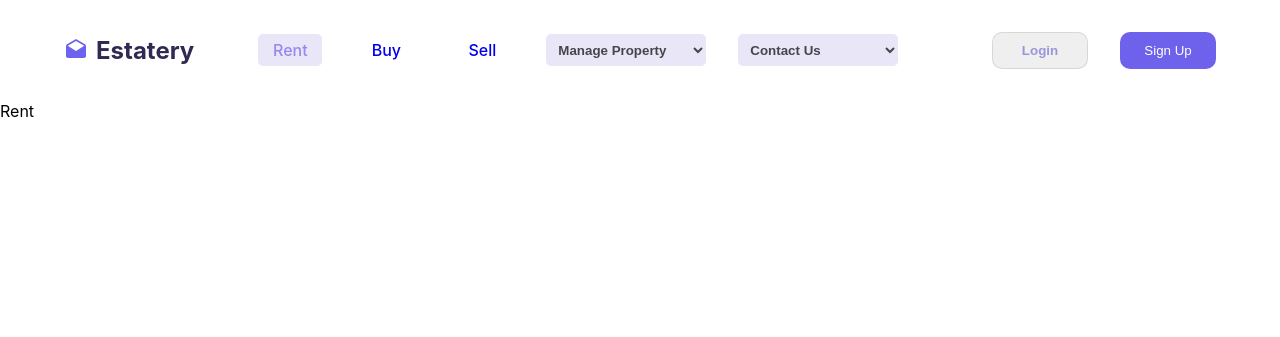
Repository: kapil4457/Reunion-Internship-Assignment
Page: /
An editor plug-in stored every save of this project. The page is shown before and after the next save, followed by the edit.
The browser window is 1280 px wide. The pictures show the whole page.
The project was rebuilt for these pictures with package versions that can differ from the ones it lists, and the page was loaded fresh each time. Also part of the build but not shown: src/App.css.

Above is the page before, as saved 2022-10-05 12:15:11.

### src/App.js
import { Route, Routes } from 'react-router-dom';
import './App.css';
import Header from './components/Header/Header';
import Home from  './components/Home/Home'
import Rent from './components/Rent/Rent';

function App() {
  return (
    <>
    <Header />
    <Routes>
      <Route path='/' element={<Home/>}/>
      <Route path='/rent' element={<Rent/>}/>
    </Routes>
    </>
  );
}

export default App;

### src/components/Header/Header.jsx
import React from "react";
import DraftsIcon from "@mui/icons-material/Drafts";
import { NavLink } from "react-router-dom";
import "./Header.css";
const Header = () => {
  return (
    <>
      <div className="header">
        <div className="left">
          <div className="logo">
            <DraftsIcon />
            <span>Estatery</span>
          </div>
          <div className="categories">
            <NavLink
              to="/rent"
              className={({ isActive }) => (isActive ? "activeClass" : "")}
            >
              Rent
            </NavLink>
            <NavLink
              strict
              to="/buy"
              className={({ isActive }) => (isActive ? "activeClass" : "")}
            >
              Buy
            </NavLink>
            <NavLink
              strict
              to="/sell"
              className={({ isActive }) => (isActive ? "activeClass" : "")}
            >
              Sell
            </NavLink>
            <select name="" id="manage">
              <option value="Manage Property" hidden>
                Manage Property
              </option>
              <option value="Owned">Owned</option>
              <option value="BookMarked">BookMarked</option>
            </select>
            <select name="" id="resources">
              <option value="contact">Contact Us</option>
              <option value="FAQ">FAQ</option>
            </select>
          </div>
        </div>
        <div className="right">
          <button className="login">Login</button>
          <button className="sign-up">Sign Up</button>
        </div>
      </div>
    </>
  );
};

export default Header;

### src/components/Home/Home.jsx
import React, { useEffect } from "react";
import { useNavigate } from "react-router-dom";

const Home = () => {
  const navigate = useNavigate();
  useEffect(() => {
    navigate("/rent");
  });
  return <></>;
};

export default Home;

### src/components/Rent/Rent.jsx
import React from "react";
import { home } from "../../home";

const Rent = () => {
  return <div>Rent</div>;
};

export default Rent;

### src/components/Header/Header.css

.header{
display:flex;
justify-content:space-between;
align-items:center;
padding:2rem 4rem;
}

.left{
    display:flex;
    align-items:center;
    gap:4rem;
}
.left > .logo{
    display:flex;
    align-items:center;
    gap:0.5rem;
    font-size:1.5rem;
    font-weight:650;
    color:rgb(48,41,83);
}

.left > .logo > svg{
    color:rgb(110,99,238);
}

.categories{
    display:flex;
    align-items:center;
    gap:2rem;
}

.categories > a{
    text-decoration:none;
    font-weight:550;
    height:2rem;
    display:flex;
    align-items:center;
    width:4rem;
    justify-content: center;
}

.activeClass{
    color:rgb(150, 136, 238);
    background-color: rgb(233,230,247);
    border-radius: 5px;
}

.categories > select{
    width:10rem;
    height:2rem;
    border:none;
    outline:none;
    color:rgba(0,0,0,0.7);
    font-weight:550;
    background-color:rgb(233,230,247);
    border-radius:5px;
    padding:0 0.5rem;
}

.right{
    display:flex;
    align-items:center;
    gap:2rem;

}

.right > button {
    width:6rem;
    height:2.3rem;
    border-radius:10px;
    outline:none;

}

.login{
border:1px solid rgba(0,0,0,0.1);
color:rgb(154, 148, 218);
font-weight:650;
}

.sign-up
{
    background-color:rgb(110,97,236);
    color:white;
    border:none;
}

### src/home.js
export const home = [

        {
            state:"Nagpur",
            price:2500,
            address:" Lorem ipsum dolor sit amet consectetur adipisicing elit. Quis",
            bedCount:2,
            bathCount:2,
            area:"8x10",
            image:"h1.jpg"

        },
        {
            state:"Lonavala",
            price:2600,
            address:" Lorem ipsum dolor sit amet consectetur adipisicing elit. Quis",
            bedCount:2,
            bathCount:2,
            area:"8x12",
            image:"h2.jpg"

        },     {
            state:"Bathinda",
            price:3000,
            address:" Lorem ipsum dolor sit amet consectetur adipisicing elit. Quis",
            bedCount:3,
            bathCount:2,
            area:"10x12",
            image:"h3.jpg"

        },     {
            state:"Chandigarh",
            price:2700,
            address:" Lorem ipsum dolor sit amet consectetur adipisicing elit. Quis",
            bedCount:2,
            bathCount:2,
            area:"10x10",
            image:"h4.jpg"

        },     {
            state:"Pune",
            price:3800,
            address:" Lorem ipsum dolor sit amet consectetur adipisicing elit. Quis",
            bedCount:3,
            bathCount:3,
            area:"8x10",
            image:"h5.jpg"

        },     {
            state:"Shimla",
            price:3400,
            address:" Lorem ipsum dolor sit amet consectetur adipisicing elit. Quis",
            bedCount:3,
            bathCount:2,
            area:"12x10",
            image:"h6.jpg"

        },     {
            state:"Kochi",
            price:2100,
            address:" Lorem ipsum dolor sit amet consectetur adipisicing elit. Quis",
            bedCount:2,
            bathCount:2,
            area:"9x10",
            image:"h7.jpg"

        },     {
            state:"Banaras",
            price:2500,
            address:" Lorem ipsum dolor sit amet consectetur adipisicing elit. Quis",
            bedCount:2,
            bathCount:2,
            area:"8x10",
            image:"h8.jpg"

        },     {
            state:"Banglore",
            price:4000,
            address:" Lorem ipsum dolor sit amet consectetur adipisicing elit. Quis",
            bedCount:3,
            bathCount:2,
            area:"10x14",
            image:"h9.jpg"

        },     {
            state:"Aurangabad",
            price:3000,
            address:" Lorem ipsum dolor sit amet consectetur adipisicing elit. Quis",
            bedCount:2,
            bathCount:2,
            area:"8x10",
            image:"h10.jpg"

        },

]

### src/components/RentCard/RentCard.jsx
import React from "react";

const RentCard = () => {
  return <div>RentCard</div>;
};

export default RentCard;

Loaded but not shown: public/index.html (common file); src/index.js (common file); src/index.css (common file); src/reportWebVitals.js (common file)

After the next save:
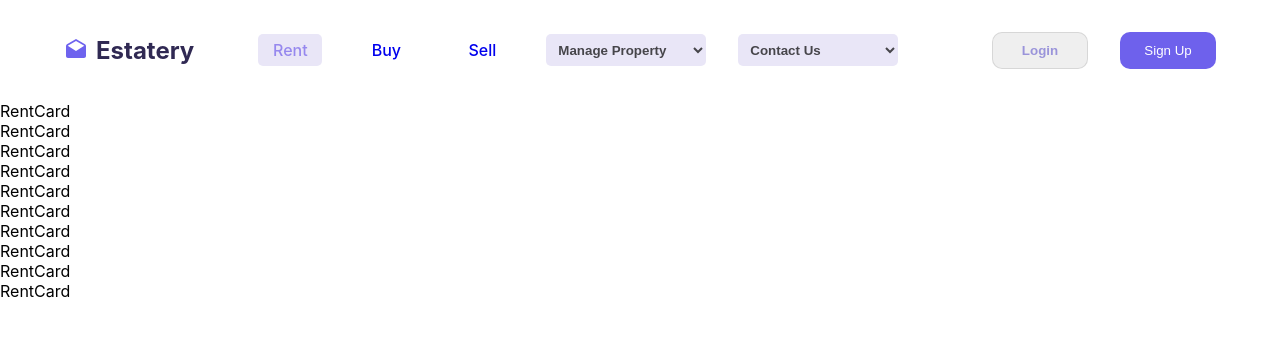
Saved 56 s later.
--- a/src/components/Rent/Rent.jsx
+++ b/src/components/Rent/Rent.jsx
@@ -1,8 +1,17 @@
 import React from "react";
 import { home } from "../../home";
+import RentCard from "../RentCard/RentCard";
 
 const Rent = () => {
-  return <div>Rent</div>;
+  return (
+    <>
+      <div className="rent-main">
+        {home.map((item, idx) => (
+          <RentCard />
+        ))}
+      </div>
+    </>
+  );
 };
 
 export default Rent;
